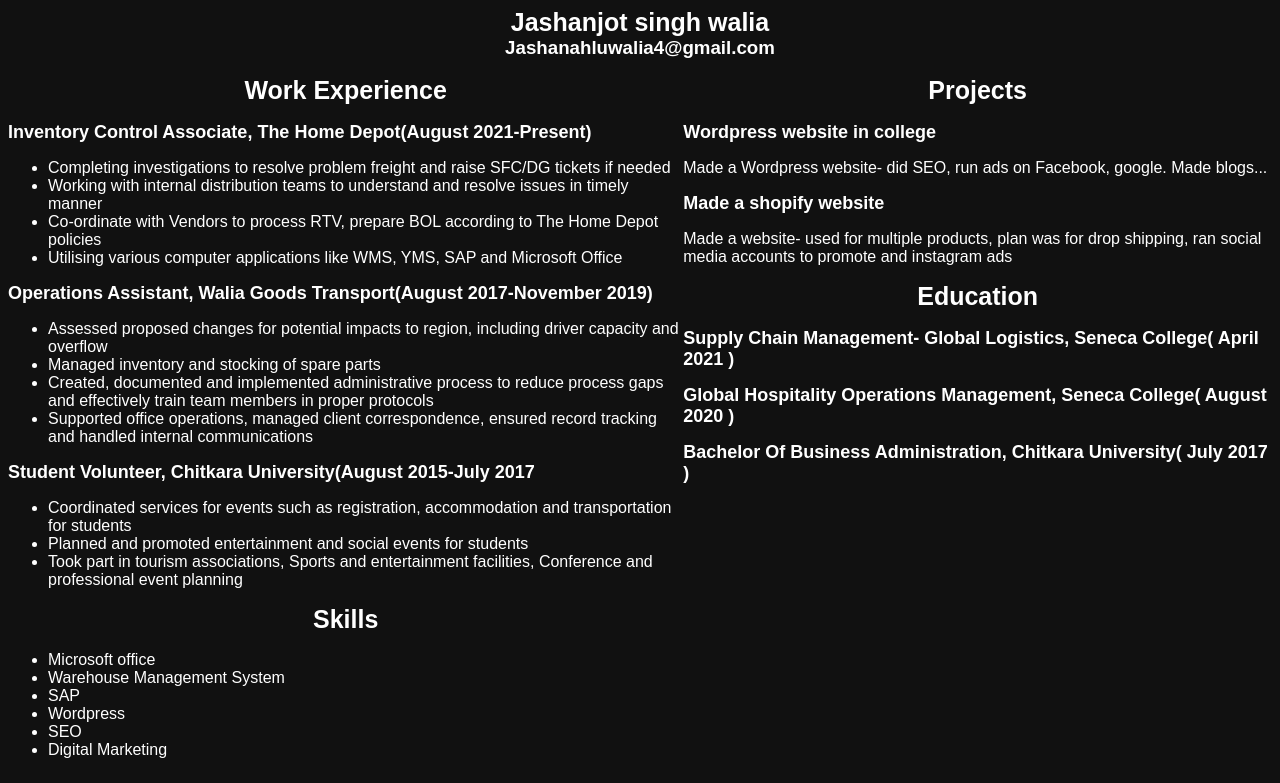
Repository: jashn13/portfolio
Page: index.html
An editor plug-in stored every save of this project. The page is shown before and after the next save, followed by the edit.
The browser window is 1280 px wide. The pictures show the whole page.

Above is the page before, as saved 2021-11-13 08:31:06.

After the next save:
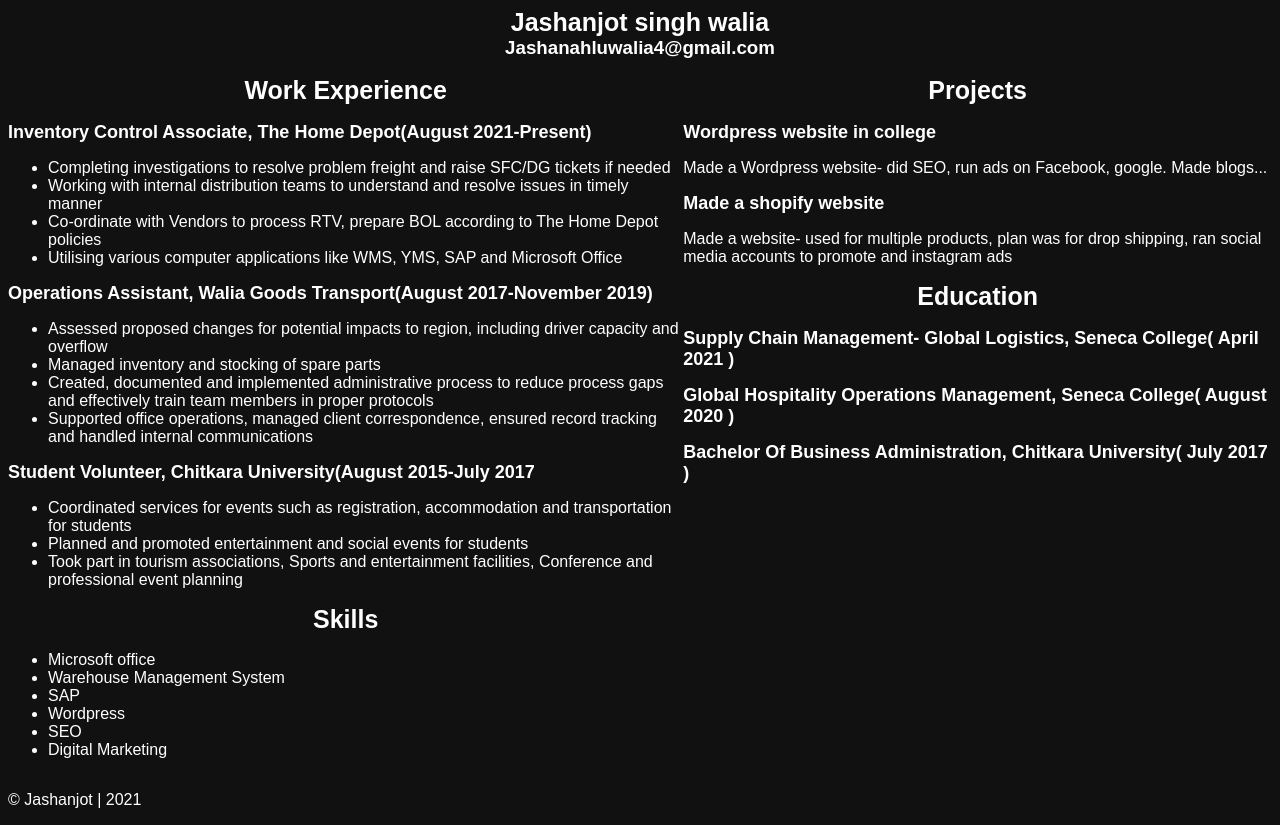
Saved 47 s later.
--- a/index.html
+++ b/index.html
@@ -127,5 +127,8 @@
         </h2>
       </div>
     </div>
+    <footer>
+      <p class="copyright">© Jashanjot | 2021</p>
+    </footer>
   </body>
 </html>
